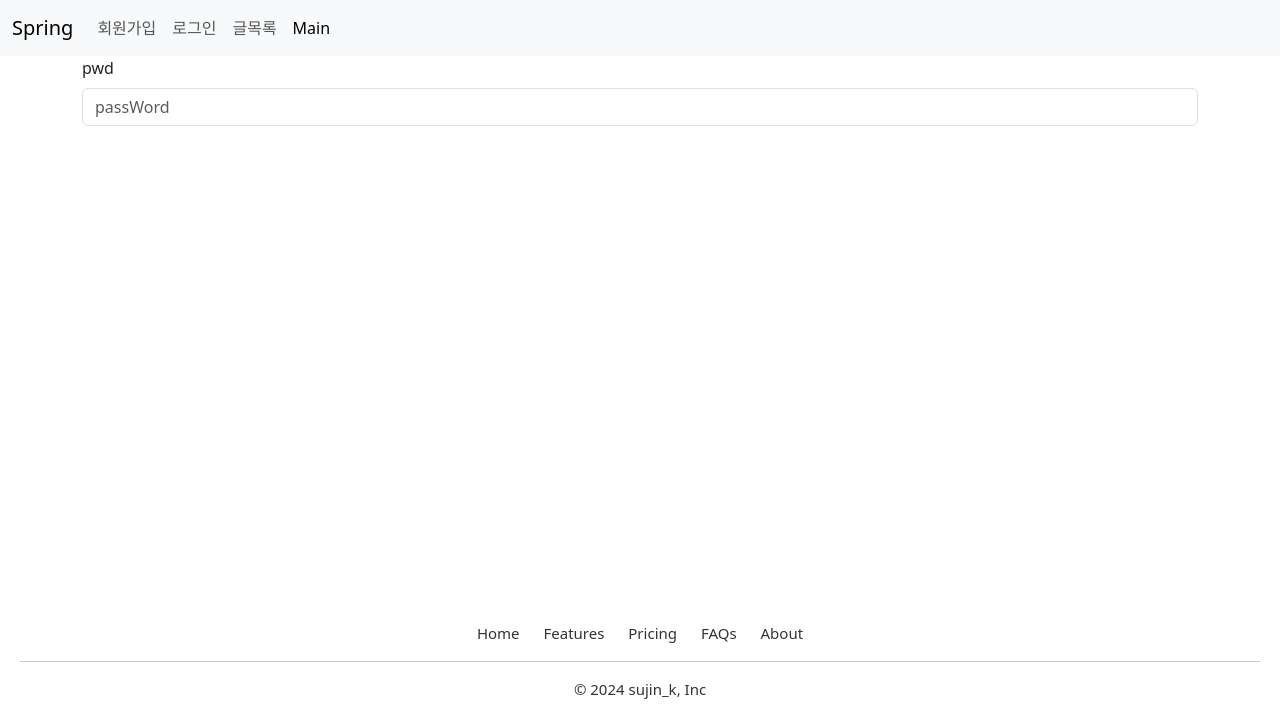
Repository: sujin1221/spring
Page: http://localhost/spring_test2/WEB-INF/views/member/modify.jsp
An editor plug-in stored every save of this project. The page is shown before and after the next save, followed by the edit.
The browser window is 1280 px wide. The pictures show the whole page.
The page is served by Tomcat 9. Nobody is signed in. The template is opened directly, without the code that normally fills it, so the values that code supplies are empty.

Above is the page before, as saved 2024-01-16 00:18:05.
Console error: TypeError: Cannot read properties of null (reading 'addEventListener')

After the next save:
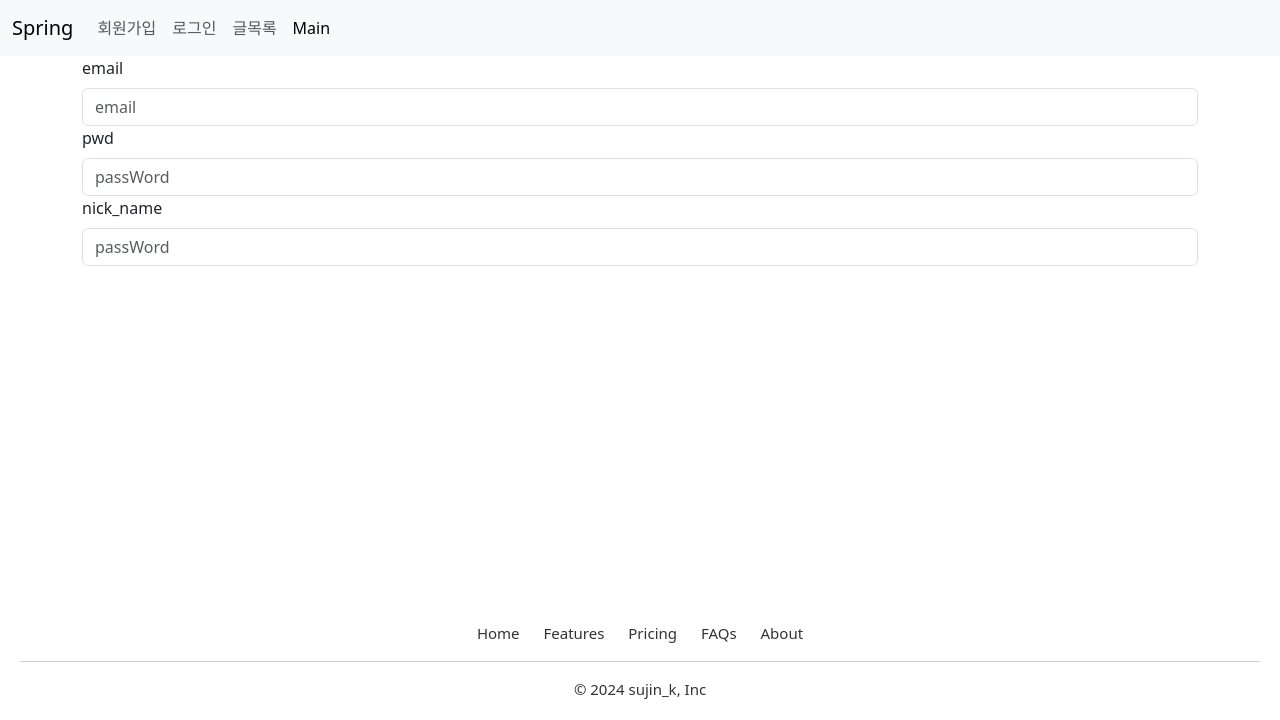
Saved 68 s later.
--- a/spring_test2/src/main/webapp/WEB-INF/views/member/modify.jsp
+++ b/spring_test2/src/main/webapp/WEB-INF/views/member/modify.jsp
@@ -4,15 +4,24 @@
 <%@ taglib uri="http://www.springframework.org/security/tags" prefix="sec" %>
 
 <jsp:include page = "../layout/header.jsp"></jsp:include>
+<form action="" method="post">
 <div class="container-md">
-<form action="" method="post">
+<label for="e" class="form-label">email</label>
+  <input type="eamil" name="email" class="form-control" id="e" placeholder="email">
+</div>
+
+<div class="container-md">
 <label for="p" class="form-label">pwd</label>
   <input type="password" name="pwd" class="form-control" id="p" placeholder="passWord">
-</form>
+</div>
+
+<div class="container-md">
+<label for="p" class="form-label">nick_name</label>
+  <input type="password" name="pwd" class="form-control" id="p" placeholder="passWord">
 </div>
 
 
-
+</form>
 
 
 
